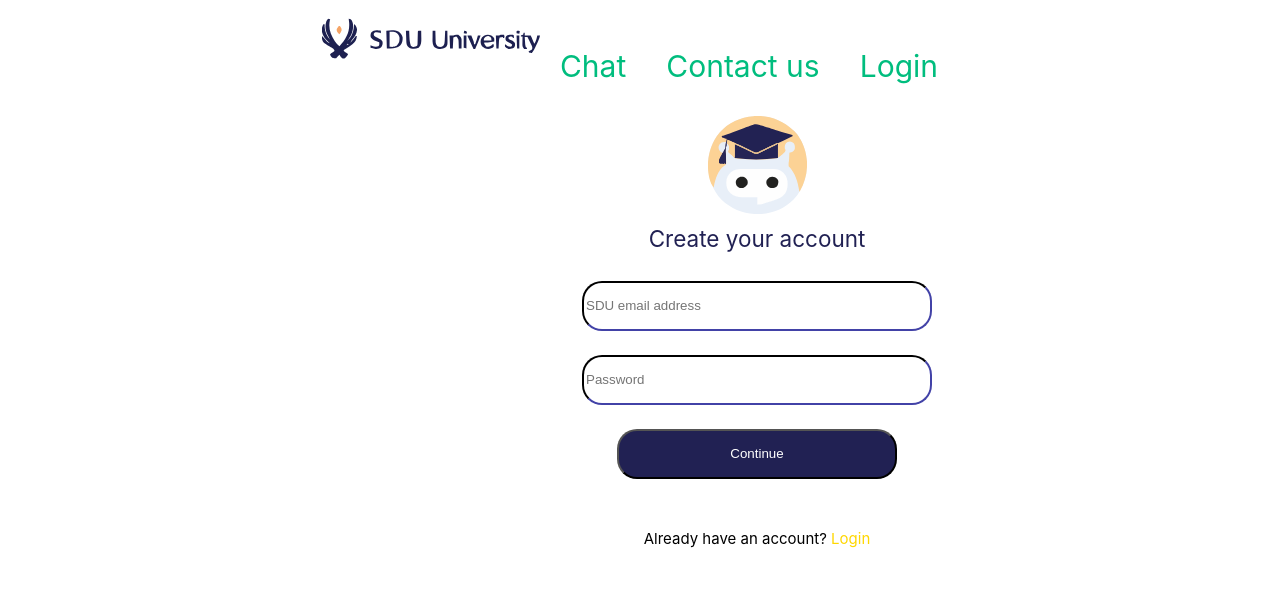
Repository: tolepbekova/Community_v.l
Page: /sign
These files come from the project's save history. The page is drawn as it stood at one moment and after the next save; the edit follows.
The browser window is 1280 px wide. The pictures show the whole page.
The project was rebuilt for these pictures with package versions that can differ from the ones it lists, and the page was loaded fresh each time. Also part of the build but not shown: vite.config.js, src/components/HelloWorld.vue, src/views/Login.vue. Imported but missing from the stored project, and not drawn on this page: src/views/Change.vue.

Above is the page before, as saved 2024-05-10 03:24:49.

### src/App.vue
<script setup>
import HelloWorld from './components/HelloWorld.vue'
import router from './router/index.js'
import './assets/base.css'
</script>

<template>
    <div id="app">
        <v-app id="header">
            <v-card color="grey lighten-4" flat height="100px" tile>
                <v-toolbar dense>

                    <a href="about.html"><img class="logo" src="../src/assets/logo/log.svg"></a>

                    <v-spacer></v-spacer>

                    <span><router-link to="/getstart">Chat</router-link></span>
                        <span><router-link to="/contact">Contact us</router-link></span>
                        <span><router-link to="/auth">Login</router-link></span>


                </v-toolbar>
            </v-card>
        </v-app>
         <router-view />
    </div>

</template>

<style>
#app {
    display: flex;

}

#header {
    display: flex;
    width: 100%;
    flex-direction: column;
    align-items: center;
    justify-content: space-between;
    position: fixed;
    margin-left: 0px;
    margin-right: 0px;
    margin-top: 0px;
}

#header img {
    width: 218px;
    height: 77px;
}

#navbar {
    display: flex;
    align-items: center;
    justify-content: center;
}
span  {
    list-style: none;
    padding: 0 20px;
    text-decoration: none;
    font-size: 30px;
    color: rgba(33, 33, 83, 1);
    transition: 0.3s ease;
}

#navbar li :hover {
    color: rgb(237, 237, 167);
}
</style>

### src/router/index.js
import Vue from 'vue'
import VueRouter from 'vue-router'
import Login from '../views/Login.vue'

Vue.use(VueRouter)

const router = new VueRouter({
  mode: 'history',
  base: import.meta.env.BASE_URL,
  routes: [
    {
      path: '/login',
      name: 'login',
      component: Login
    },
    {
      path: '/getstart',
      name: 'getstart',
      // route level code-splitting
      // this generates a separate chunk (About.[hash].js) for this route
      // which is lazy-loaded when the route is visited.
      component: () => import('../views/AboutView.vue')
    },
    {
      path: '/home',
      name: 'Home',
      // route level code-splitting
      // this generates a separate chunk (About.[hash].js) for this route
      // which is lazy-loaded when the route is visited.
      component: () => import('../views/About.vue')
    },
    {
      path: '/sign',
      name: 'signin',
      component: () => import('../views/Signin.vue')
    },
    {
      path: '/contact',
      name: 'contact',
      component: () => import('../views/Contact.vue')
    },
    {
      path: '/auth',
      name: 'auth',
      component: () => import('../views/Auth.vue')
    },
    {
      path: '/change',
      name: 'change',
      component: () => import('../views/Change.vue')
    },
    {
      path: '/auth',
      name: 'auth',
      component: () => import('../views/Auth.vue')
    },

  ]
})

export default router

### src/assets/main.css
@import "./base.css";

#app {

  font-weight: normal;
}

a,
.green {
  text-decoration: none;
  color: hsla(160, 100%, 37%, 1);
  transition: 0.4s;
}

@media (hover: hover) {
  a:hover {
    background-color: hsla(160, 100%, 37%, 0.2);
  }
}

@media (min-width: 1024px) {
  body {
    display: flex;
    place-items: center;
  }

  #app {
    display: grid;
    grid-template-columns: 1fr 1fr;
    padding: 0 2rem;
  }
}

### src/assets/base.css
/* color palette from <https://github.com/vuejs/theme> */
:root {
  --vt-c-white: #ffffff;
  --vt-c-white-soft: #f8f8f8;
  --vt-c-white-mute: #f2f2f2;

  --vt-c-black: #181818;
  --vt-c-black-soft: #222222;
  --vt-c-black-mute: #282828;

  --vt-c-indigo: #2c3e50;

  --vt-c-divider-light-1: rgba(60, 60, 60, 0.29);
  --vt-c-divider-light-2: rgba(60, 60, 60, 0.12);
  --vt-c-divider-dadarkrk-1: rgba(84, 84, 84, 0.65);
  --vt-c-divider-dark-2: rgba(84, 84, 84, 0.48);

  --vt-c-text-light-1: var(--vt-c-indigo);
  --vt-c-text-light-2: rgba(60, 60, 60, 0.66);
  --vt-c-text-dark-1: var(--vt-c-white);
  --vt-c-text-dark-2: rgba(235, 235, 235, 0.64);
}

/* semantic color variables for this project */
:root {
  --color-background: var(--vt-c-white);
  --color-background-soft: var(--vt-c-white-soft);
  --color-background-mute: var(--vt-c-white-mute);

  --color-border: var(--vt-c-divider-light-2);
  --color-border-hover: var(--vt-c-divider-light-1);

  --color-heading: var(--vt-c-text-light-1);
  --color-text: var(--vt-c-text-light-1);

  --section-gap: 160px;
}

@media (prefers-color-scheme: dark) {
  :root {
    --color-background: var(--vt-c-black);
    --color-background-soft: var(--vt-c-black-soft);
    --color-background-mute: var(--vt-c-black-mute);

    --color-border: var(--vt-c-divider-dark-2);
    --color-border-hover: var(--vt-c-divider-dark-1);

    --color-heading: var(--vt-c-text-dark-1);
    --color-text: var(--vt-c-text-dark-2);
  }
}

*,
*::before,
*::after {
  box-sizing: border-box;
  margin: 0;
  position: relative;
  font-weight: normal;
}
html{
  padding: 0;
  margin: 0;
}
body {
  min-height: 10vh;
  padding: 0;
  margin: 0;
  transition: color 0.5s, background-color 0.5s;
  line-height: 1.6;
  font-family: Inter, -apple-system, BlinkMacSystemFont, 'Segoe UI', Roboto, Oxygen, Ubuntu,
    Cantarell, 'Fira Sans', 'Droid Sans', 'Helvetica Neue', sans-serif;
  font-size: 15px;
  text-rendering: optimizeLegibility;
  -webkit-font-smoothing: antialiased;
  -moz-osx-font-smoothing: grayscale;
}

### src/views/Signin.vue
<template>
  <div>


    <br><br><br><br>
    <section id="hero">
      <div class="abrow">
        <div class="abcolu">
                <img src="../assets/logo/finalicon13_1.svg" alt="">
            </div>
        <div class="abcolu">
          <h1>Create your account</h1>
          <br>
          <form id="signin-form" @submit.prevent="signIn" name="myForm" method="post">
            <input type="email" v-model="email" placeholder="SDU email address" required>
            <br><br>
            <input type="password" v-model="password" placeholder="Password" required>
            <br><br>
            <button class="btn" type="submit">Continue</button>
          </form>
          <br><br>
          <p>Already have an account? <router-link to="log">Login</router-link></p>
        </div>
      </div>
    </section>
  </div>
</template>

<script>
import axios from 'axios';
export default {
  data() {
    return {
      email: '',
      password: ''
    };
  },
  methods: {
    signIn() {
      axios.post(`https://sschat-production.up.railway.app/accounts/auth/users/`, {
        email: this.email,
        password: this.password
      })
        .then((response) => {
          console.log(response.data);
          localStorage.setItem('id', response.data.id);
          this.$router.push('/getstart');
        })
        .catch((error) => {
          console.error('Error:', error);
        });
    }
  }
}
</script>

<style scoped>
h1 {
    color: rgba(33, 33, 83, 1);
}

#header {
    display: flex;
    align-items: center;
    justify-content: space-around;
    padding: 20px 80px;

}

#header img {
    width: 218px;
    height: 77px;
}

#navbar {
    display: flex;
    align-items: center;
    justify-content: center;
}

#navbar li {
    list-style: none;
    padding: 0 20px;
}

#navbar li a {
    text-decoration: none;
    font-size: 30px;
    color: rgba(33, 33, 83, 1);
    transition: 0.3s ease;
}

#navnar li a:hover {
    color: rgb(237, 237, 167);
}

.abrow {
    margin: 20px auto;
    display: block;
    text-align: center;
    margin-left: 550px;
}

.abcolu {
    margin: 0 auto;
    display: block;
    text-align: center;
}

img {
    max-width: 99px;
    max-height: 99px;
}


.abp {
    margin: 0 auto;
    display: block;
    width: 670px;
    height: 100px;
}

.icon {
    width: 24px;
    height: 24px;
}

.btn {
    background-color: rgba(33, 33, 83, 1);
    border-radius: 20px;
    width: 280px;
    height: 50px;
    color: #ffffff;
}

input {
    border-radius: 20px;
    width: 350px;
    height: 50px;
    border-color: rgba(33, 33, 83, 1);
}

a {
    color: gold;
}

.lbtn1 {
    margin: 0 auto;
    display: block;
    width: 266px;
    height: 48px;
    border-radius: 30px;
    color: rgba(33, 33, 83, 1);
    background-color: rgba(253, 211, 149, 1);
    border: none;
    font-size: 15px;
    font-family: Cambria, Cochin, Georgia, Times, 'Times New Roman', serif;
    font-weight: bold;

}

.lbtn2 {
    margin: 0 auto;
    display: block;
    width: 266px;
    height: 48px;
    border-radius: 30px;
    color: rgba(33, 33, 83, 1);
    background-color: rgba(253, 211, 149, 1);
    border: none;
    font-size: 15px;
    font-family: Cambria, Cochin, Georgia, Times, 'Times New Roman', serif;
    font-weight: bold;

}
</style>

Loaded but not shown: index.html (common file); src/main.js (common file)

After the next save:
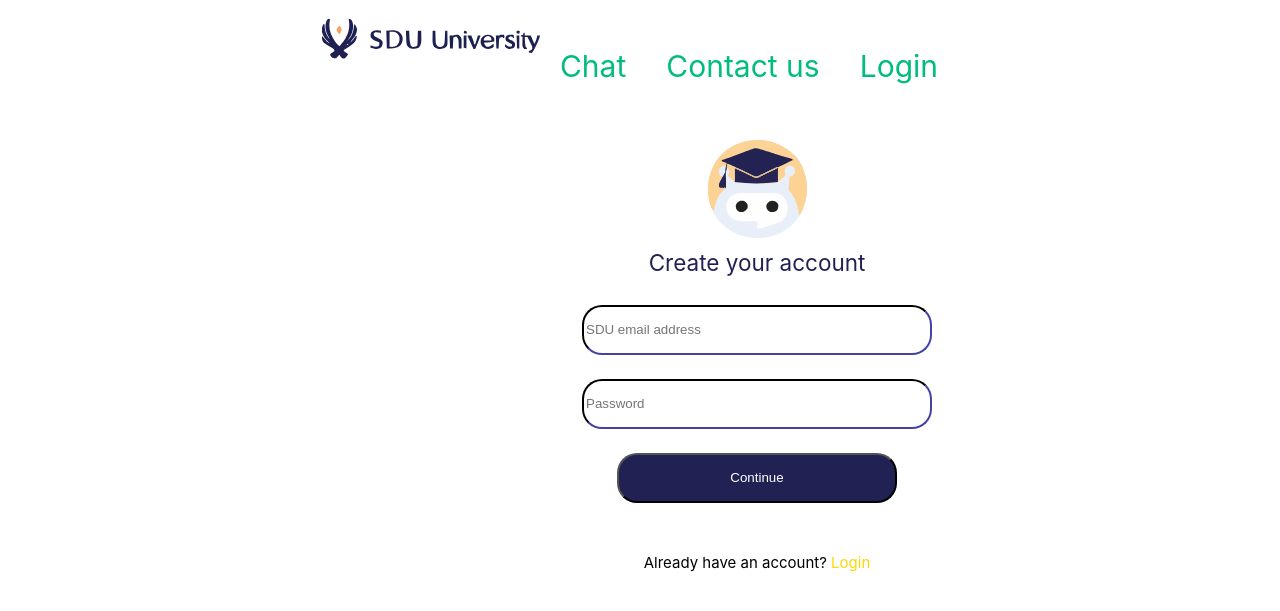
Saved 58 s later.
--- a/src/views/Signin.vue
+++ b/src/views/Signin.vue
@@ -1,13 +1,13 @@
 <template>
   <div>
 
-
-    <br><br><br><br>
     <section id="hero">
+      <br><br><br>
       <div class="abrow">
+        <br><br>
         <div class="abcolu">
-                <img src="../assets/logo/finalicon13_1.svg" alt="">
-            </div>
+          <img src="../assets/logo/finalicon13_1.svg" alt="">
+        </div>
         <div class="abcolu">
           <h1>Create your account</h1>
           <br>
@@ -56,121 +56,121 @@
 
 <style scoped>
 h1 {
-    color: rgba(33, 33, 83, 1);
+  color: rgba(33, 33, 83, 1);
 }
 
 #header {
-    display: flex;
-    align-items: center;
-    justify-content: space-around;
-    padding: 20px 80px;
+  display: flex;
+  align-items: center;
+  justify-content: space-around;
+  padding: 20px 80px;
 
 }
 
 #header img {
-    width: 218px;
-    height: 77px;
+  width: 218px;
+  height: 77px;
 }
 
 #navbar {
-    display: flex;
-    align-items: center;
-    justify-content: center;
+  display: flex;
+  align-items: center;
+  justify-content: center;
 }
 
 #navbar li {
-    list-style: none;
-    padding: 0 20px;
+  list-style: none;
+  padding: 0 20px;
 }
 
 #navbar li a {
-    text-decoration: none;
-    font-size: 30px;
-    color: rgba(33, 33, 83, 1);
-    transition: 0.3s ease;
+  text-decoration: none;
+  font-size: 30px;
+  color: rgba(33, 33, 83, 1);
+  transition: 0.3s ease;
 }
 
 #navnar li a:hover {
-    color: rgb(237, 237, 167);
+  color: rgb(237, 237, 167);
 }
 
 .abrow {
-    margin: 20px auto;
-    display: block;
-    text-align: center;
-    margin-left: 550px;
+  margin: 20px auto;
+  display: block;
+  text-align: center;
+  margin-left: 550px;
 }
 
 .abcolu {
-    margin: 0 auto;
-    display: block;
-    text-align: center;
+  margin: 0 auto;
+  display: block;
+  text-align: center;
 }
 
 img {
-    max-width: 99px;
-    max-height: 99px;
+  max-width: 99px;
+  max-height: 99px;
 }
 
 
 .abp {
-    margin: 0 auto;
-    display: block;
-    width: 670px;
-    height: 100px;
+  margin: 0 auto;
+  display: block;
+  width: 670px;
+  height: 100px;
 }
 
 .icon {
-    width: 24px;
-    height: 24px;
+  width: 24px;
+  height: 24px;
 }
 
 .btn {
-    background-color: rgba(33, 33, 83, 1);
-    border-radius: 20px;
-    width: 280px;
-    height: 50px;
-    color: #ffffff;
+  background-color: rgba(33, 33, 83, 1);
+  border-radius: 20px;
+  width: 280px;
+  height: 50px;
+  color: #ffffff;
 }
 
 input {
-    border-radius: 20px;
-    width: 350px;
-    height: 50px;
-    border-color: rgba(33, 33, 83, 1);
+  border-radius: 20px;
+  width: 350px;
+  height: 50px;
+  border-color: rgba(33, 33, 83, 1);
 }
 
 a {
-    color: gold;
+  color: gold;
 }
 
 .lbtn1 {
-    margin: 0 auto;
-    display: block;
-    width: 266px;
-    height: 48px;
-    border-radius: 30px;
-    color: rgba(33, 33, 83, 1);
-    background-color: rgba(253, 211, 149, 1);
-    border: none;
-    font-size: 15px;
-    font-family: Cambria, Cochin, Georgia, Times, 'Times New Roman', serif;
-    font-weight: bold;
+  margin: 0 auto;
+  display: block;
+  width: 266px;
+  height: 48px;
+  border-radius: 30px;
+  color: rgba(33, 33, 83, 1);
+  background-color: rgba(253, 211, 149, 1);
+  border: none;
+  font-size: 15px;
+  font-family: Cambria, Cochin, Georgia, Times, 'Times New Roman', serif;
+  font-weight: bold;
 
 }
 
 .lbtn2 {
-    margin: 0 auto;
-    display: block;
-    width: 266px;
-    height: 48px;
-    border-radius: 30px;
-    color: rgba(33, 33, 83, 1);
-    background-color: rgba(253, 211, 149, 1);
-    border: none;
-    font-size: 15px;
-    font-family: Cambria, Cochin, Georgia, Times, 'Times New Roman', serif;
-    font-weight: bold;
+  margin: 0 auto;
+  display: block;
+  width: 266px;
+  height: 48px;
+  border-radius: 30px;
+  color: rgba(33, 33, 83, 1);
+  background-color: rgba(253, 211, 149, 1);
+  border: none;
+  font-size: 15px;
+  font-family: Cambria, Cochin, Georgia, Times, 'Times New Roman', serif;
+  font-weight: bold;
 
 }
 </style>
